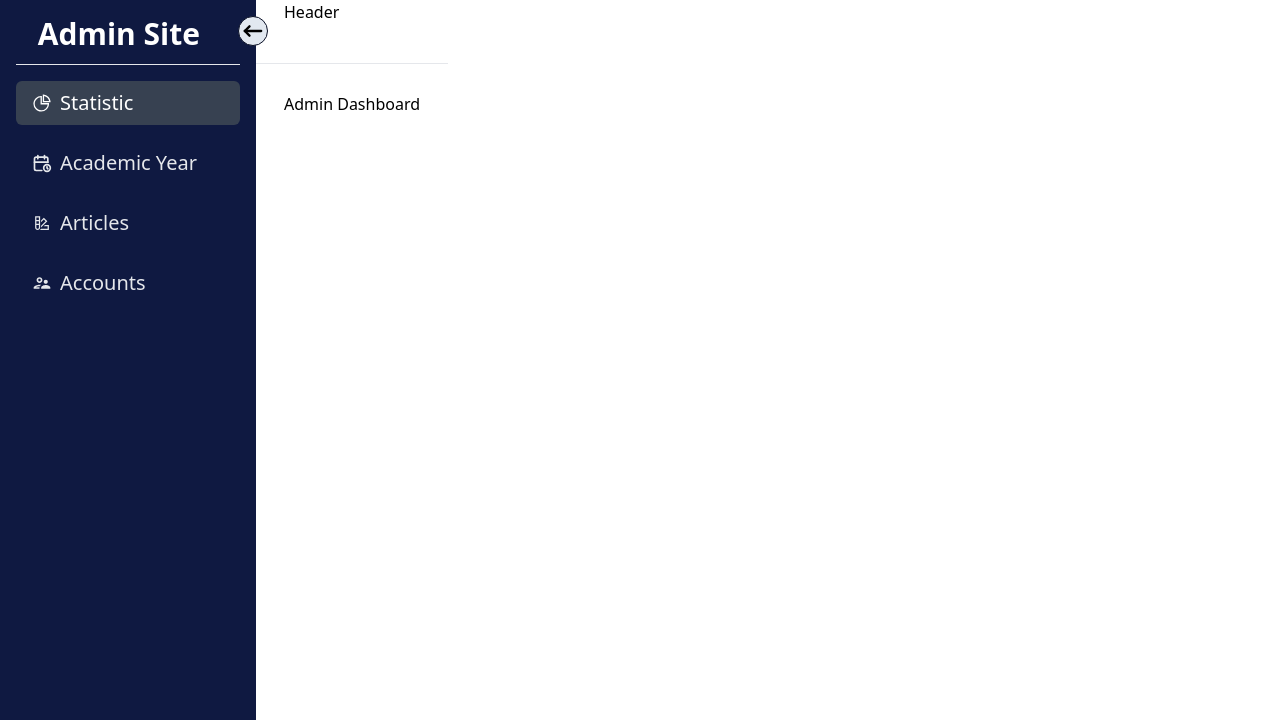
Repository: huynhvanngoan/COMP1640FE-Template
Page: /admin
An editor plug-in stored every save of this project. The page is shown before and after a run of saves, followed by the edit.
The browser window is 1280 px wide. The pictures show the whole page.
The project was rebuilt for these pictures with package versions that can differ from the ones it lists, and the page was loaded fresh each time. Also part of the build but not shown: src/components/buttonStyles.js, src/pages/LoginPage.jsx, src/pages/student/StudentDashboard.jsx, src/pages/department/DepartmentDashboard.jsx, src/pages/marketing/MarketingDashboard.jsx, src/pages/guest/GuestDashboard.jsx.

Above is the page before, as saved 2024-03-24 07:02:25.

After the next 2 saves:
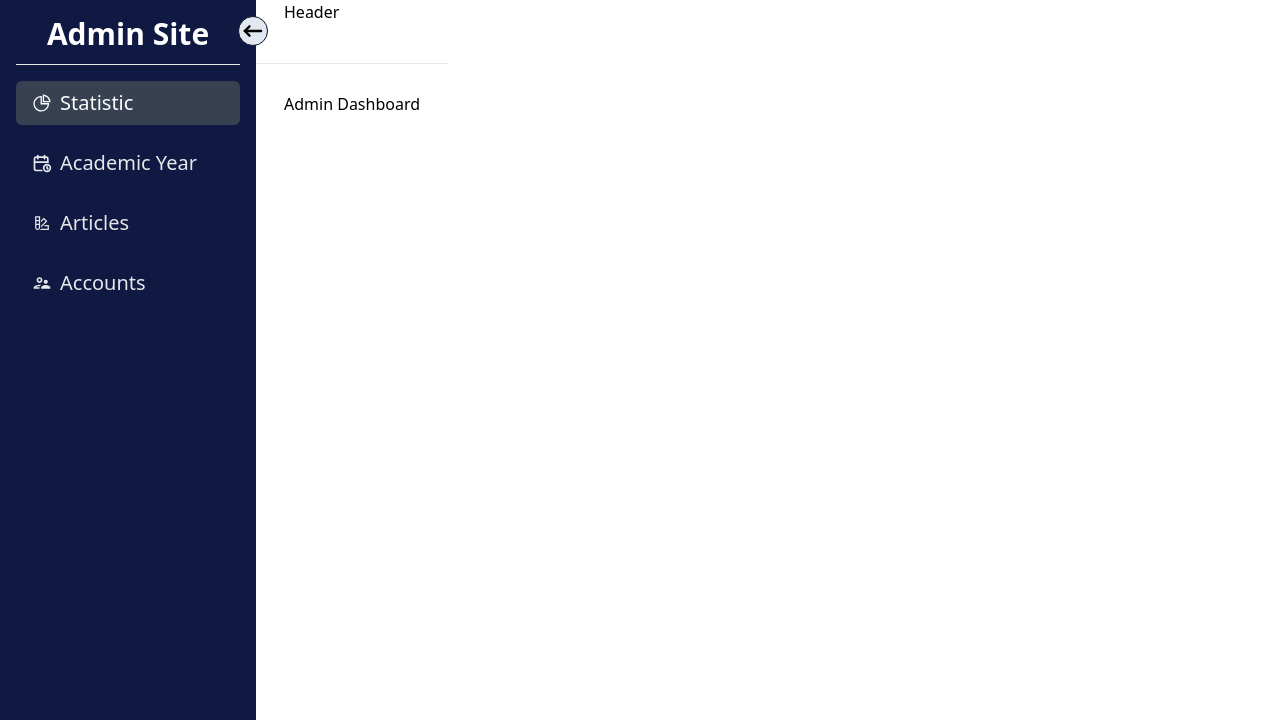
The 2 saves are shown as one change because they came seconds apart.
The last was saved 12 s later.
--- a/src/pages/admin/Sidebar.js
+++ b/src/pages/admin/Sidebar.js
@@ -32,7 +32,7 @@ export default function Sidebar() {
     <div className={`left-0 top-0 h-screen bg-[#0f1941] p-4 ${colapse ? "w-64" : "w-20"} duration-300`}>
         <div className='flex flex-col'>
            <div className='relative flex h-10 justify-end'>
-            <h1 className='text-white text-3xl font-bold mr-10'>Admin Site</h1>
+            <h1 className='text-white text-3xl font-bold mx-auto '>Admin Site</h1>
             <TbArrowNarrowLeft className={`text-3xl bg-slate-200 rounded-full cursor-pointer absolute -right-7 border border-[#080e24] hover:text-white ${!colapse && 'rotate-180'}`} onClick={() => setColapse(!colapse)} />
            </div>
           <ul className='my-2 border-t pt-4 w-full items-center'>
